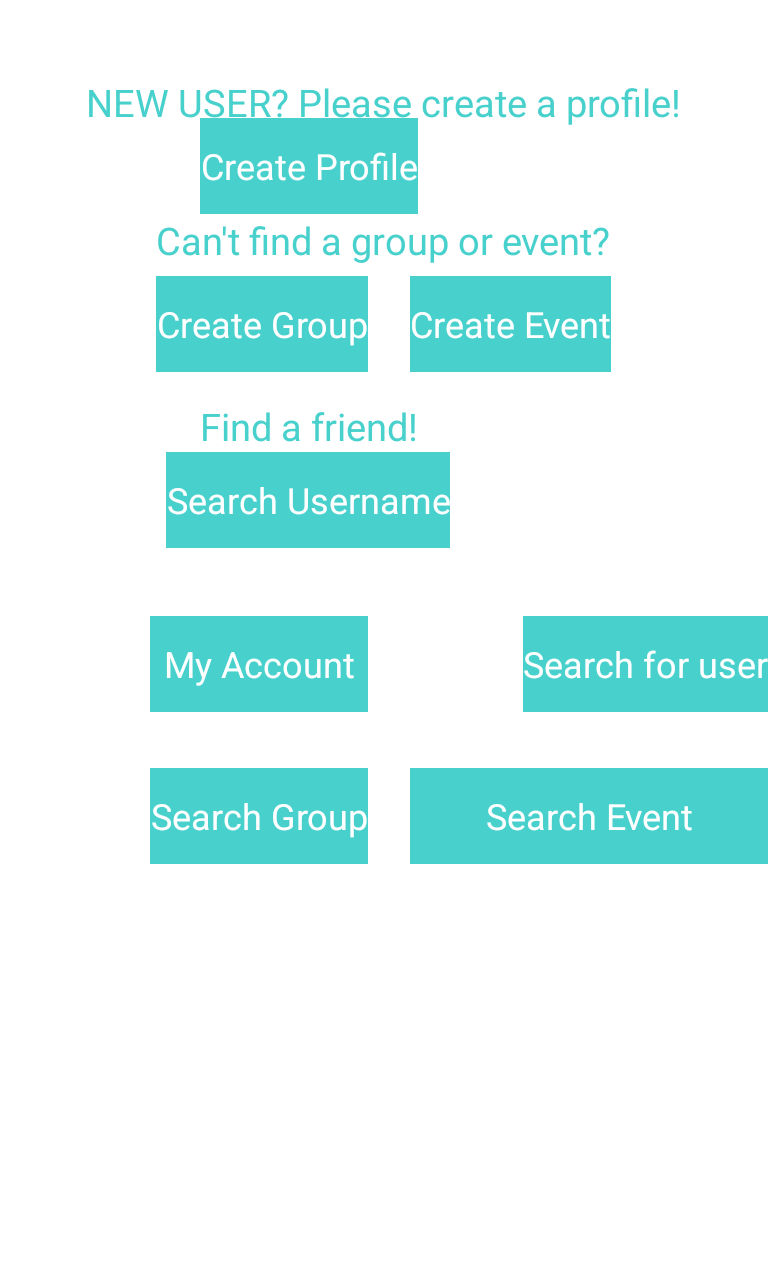
Repository: COMP231-S63G1/COMP231-S63G1
Layout: Wanna/res/layout/activity_person_login_success.xml
These files come from the project's save history. The layout is drawn as it stood at one moment and after the next save; the edit follows.
It is drawn on a 768 x 1280 px phone screen (xhdpi) without system bars, with theme AppTheme; the app's code is not run.

Above is the layout before, as saved 2014-12-08 03:22:35.

After the next save:
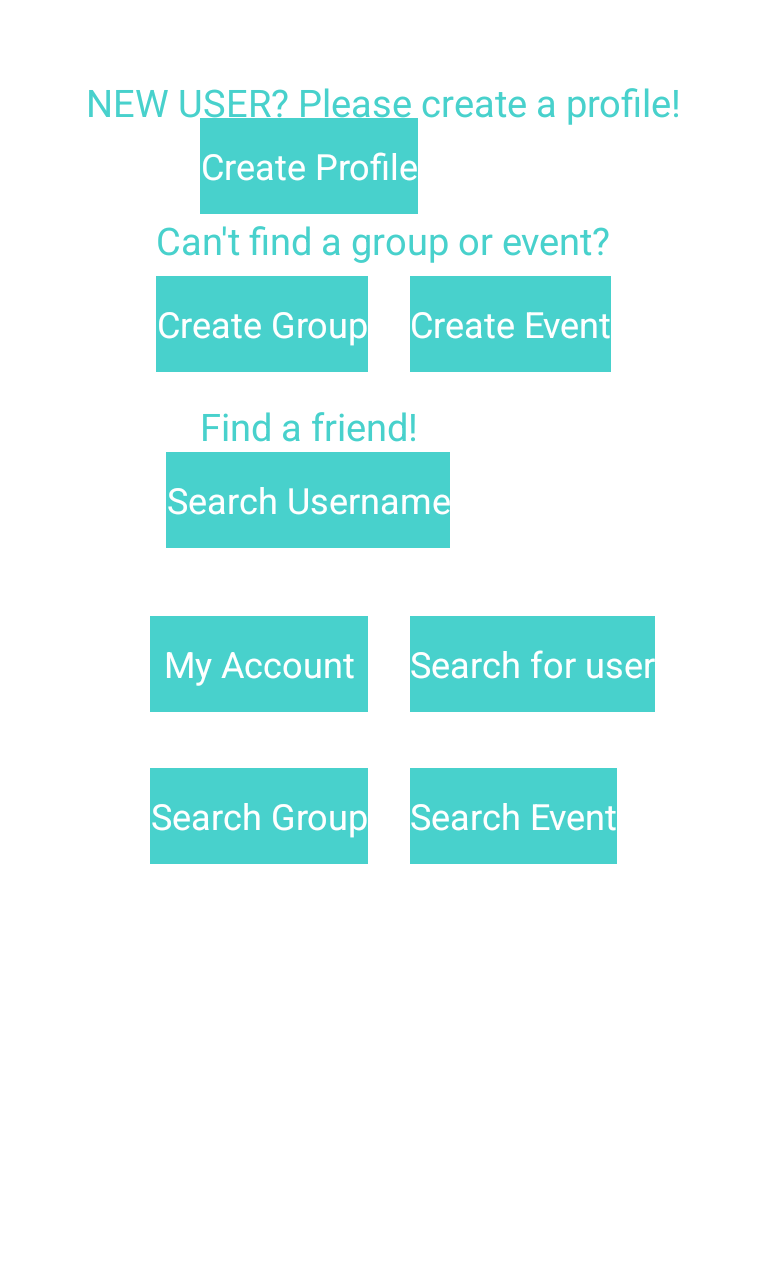
Saved 15 s later.
--- a/Wanna/res/layout/activity_person_login_success.xml
+++ b/Wanna/res/layout/activity_person_login_success.xml
@@ -107,25 +107,10 @@
         android:layout_alignBaseline="@+id/button7"
         android:layout_alignBottom="@+id/button7"
         android:layout_alignLeft="@+id/button9"
-        android:layout_alignParentRight="true"
+        android:background="#48D1CC"
         android:onClick="searcheventclick"
         android:text="Search Event"
-        android:textColor="#ffffff"
-        android:background="#48D1CC"
-        />
-
-    <Button
-        android:id="@+id/button6"
-        android:layout_width="wrap_content"
-        android:layout_height="wrap_content"
-        android:layout_alignBaseline="@+id/button4"
-        android:layout_alignBottom="@+id/button4"
-        android:layout_alignParentRight="true"
-        android:onClick="searchfilterationclick"
-        android:text="Search for user"
-        android:textColor="#ffffff"
-        android:background="#48D1CC"
-        />
+        android:textColor="#ffffff" />
 
     <Button
         android:id="@+id/button4"
@@ -154,4 +139,16 @@
         android:background="#48D1CC"
         />
 
+    <Button
+        android:id="@+id/button6"
+        android:layout_width="wrap_content"
+        android:layout_height="wrap_content"
+        android:layout_alignBaseline="@+id/button4"
+        android:layout_alignBottom="@+id/button4"
+        android:layout_alignLeft="@+id/button5"
+        android:background="#48D1CC"
+        android:onClick="searchfilterationclick"
+        android:text="Search for user"
+        android:textColor="#ffffff" />
+
 </RelativeLayout>
